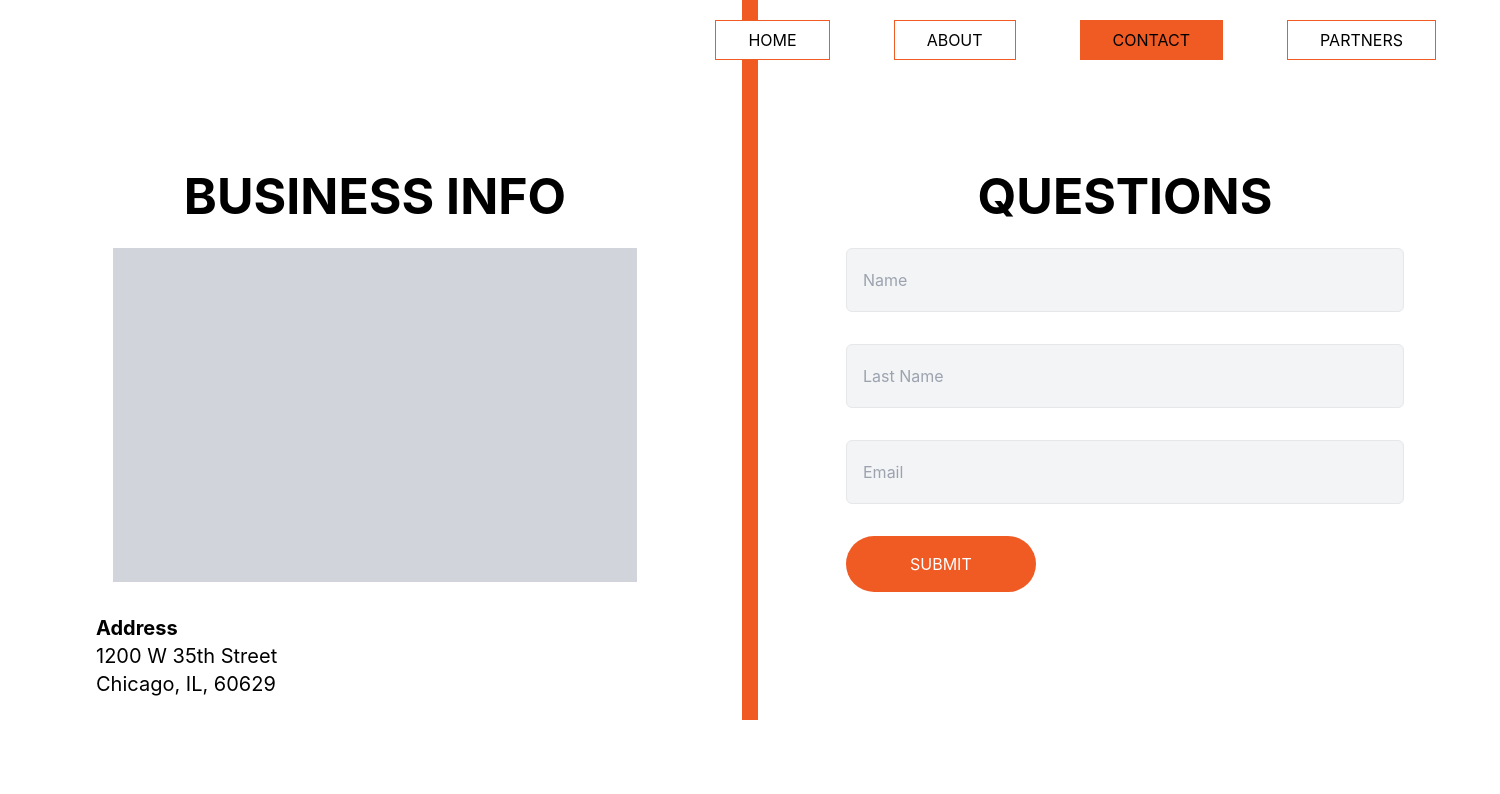
Repository: legenddev1202/whyclicktv
Page: /contact
These files come from the project's save history. The page is drawn as it stood at one moment and after the next save; the edit follows.
The browser window is 1280 px wide. The page is 1500 px wide, so the pictures cover 1500 px, including what lies to the right of the window. The pictures show the whole page.
The project was rebuilt for these pictures with package versions that can differ from the ones it lists, and the page was loaded fresh each time. Also part of the build but not shown: src/App.css, src/pages/home.js, src/pages/about.js, src/pages/partners.js, src/pages/referral.js.

Above is the page before, as saved 2022-03-31 14:35:44.

### public/index.html
<!DOCTYPE html>
<html lang="en">
  <head>
    <meta charset="utf-8" />
    <link rel="icon" href="%PUBLIC_URL%/favicon.ico" />
    <meta name="viewport" content="width=device-width, initial-scale=1" />
    <meta name="theme-color" content="#000000" />
    <meta name="description" content="why-click" />
    <link rel="apple-touch-icon" href="%PUBLIC_URL%/favicon.ico" />
    <!--
      manifest.json provides metadata used when your web app is installed on a
      user's mobile device or desktop. See https://developers.google.com/web/fundamentals/web-app-manifest/
    -->
    <link rel="manifest" href="%PUBLIC_URL%/manifest.json" />
    <!--
      Notice the use of %PUBLIC_URL% in the tags above.
      It will be replaced with the URL of the `public` folder during the build.
      Only files inside the `public` folder can be referenced from the HTML.

      Unlike "/favicon.ico" or "favicon.ico", "%PUBLIC_URL%/favicon.ico" will
      work correctly both with client-side routing and a non-root public URL.
      Learn how to configure a non-root public URL by running `npm run build`.
    -->
    <title>WhyClick.tv</title>
  </head>
  <body>
    <noscript>WhyClick.tv</noscript>
    <div id="root"></div>
    <!--
      This HTML file is a template.
      If you open it directly in the browser, you will see an empty page.

      You can add webfonts, meta tags, or analytics to this file.
      The build step will place the bundled scripts into the <body> tag.

      To begin the development, run `npm start` or `yarn start`.
      To create a production bundle, use `npm run build` or `yarn build`.
    -->
  </body>
</html>

### src/index.css
@tailwind base;
@tailwind components;
@tailwind utilities;

body {
  margin: 0;
  font-family: -apple-system, BlinkMacSystemFont, "Segoe UI", "Roboto", "Oxygen",
    "Ubuntu", "Cantarell", "Fira Sans", "Droid Sans", "Helvetica Neue",
    sans-serif;
  -webkit-font-smoothing: antialiased;
  -moz-osx-font-smoothing: grayscale;
  height: 100%;
  min-height: 700px;
  min-width: 1500px;
}

code {
  font-family: source-code-pro, Menlo, Monaco, Consolas, "Courier New",
    monospace;
}

### src/App.js
import { Routes, Route, Link } from "react-router-dom";
import "./App.css";
import Home from "./pages/home";
import About from "./pages/about";
import Contact from "./pages/contact";
import Partners from "./pages/partners";
import Referral from "./pages/referral";

function App() {
  return (
    <Routes>
      <Route path="/" element={<Home />} />
      <Route path="about" element={<About />} />
      <Route path="contact" element={<Contact />} />
      <Route path="partners" element={<Partners />} />
      <Route path="referrel" element={<Referral />} />
    </Routes>
  );
}

export default App;

### src/pages/contact.js
import React from "react";
import { Routes, Route, Link } from "react-router-dom";

function Contact() {
  return (
    <div className="relative h-full w-full" style={{ height: "100vh" }}>
      <div className="bg-transparent w-full h-20 flex items-center px-8 justify-between z-20 absolute">
        <div></div>
        <div className="bg-transparent">
          <button
            className="h-10 px-8 mx-8 border"
            style={{ borderColor: "#F05A23", backgroundColor: "white" }}
          >
            <Link to="/">HOME</Link>
          </button>
          <button
            className="h-10 px-8 mx-8 border"
            style={{ borderColor: "#F05A23", backgroundColor: "white" }}
          >
            <Link to="/about">ABOUT</Link>
          </button>
          <button
            className="h-10 px-8 mx-8 border"
            style={{ borderColor: "#F05A23", backgroundColor: "#F05A23" }}
          >
            <Link to="/contact">CONTACT</Link>
          </button>
          <button
            className="h-10 px-8 mx-8 border"
            style={{ borderColor: "#F05A23" }}
          >
            <Link to="/partners">PARTNERS</Link>
          </button>
        </div>
      </div>
      <div
        className="absolute w-4 h-full left-0 right-0 mx-auto z-10"
        style={{ backgroundColor: "#F05A23", height: "100vh" }}
      ></div>
      <div className="w-full mt-20 absolute p-12 flex">
        <div className="w-1/2 p-12 pr-24 flex flex-col items-center">
          <div className="text-4xl font-bold" style={{ fontSize: 50 }}>
            BUSINESS INFO
          </div>
          <div
            className="w-full h-72 bg-gray-300 mt-8"
            style={{ width: 524, height: 334 }}
          ></div>
          <div className="mt-8 self-start">
            <div className="text-xl font-bold">Address</div>
            <div className="text-xl">1200 W 35th Street </div>
            <div className="text-xl">Chicago, IL, 60629 </div>
          </div>
        </div>
        <div className="w-1/2 p-12 pl-24 flex flex-col items-center">
          <div className="text-4xl font-bold" style={{ fontSize: 50 }}>
            QUESTIONS
          </div>
          <div className="w-full mt-8">
            <input
              className="w-full rounded-md h-16 border px-4 bg-gray-100"
              placeholder="Name"
            ></input>
            <div className="w-full mt-8">
              <input
                className="w-full rounded-md h-16 border px-4 bg-gray-100"
                placeholder="Last Name"
              ></input>
            </div>

            <div className="w-full mt-8">
              <input
                className="w-full rounded-md h-16 border px-4 bg-gray-100"
                placeholder="Email"
              ></input>
            </div>
          </div>
          <div className="self-start mt-8">
            <button
              className="p-4 rounded-full px-16"
              style={{ backgroundColor: "#F05A23", color: "white" }}
            >
              SUBMIT
            </button>
          </div>
        </div>
      </div>
    </div>
  );
}

export default Contact;

Loaded but not shown: src/index.js (common file); src/reportWebVitals.js (common file); tailwind.config.js (common file)

After the next save:
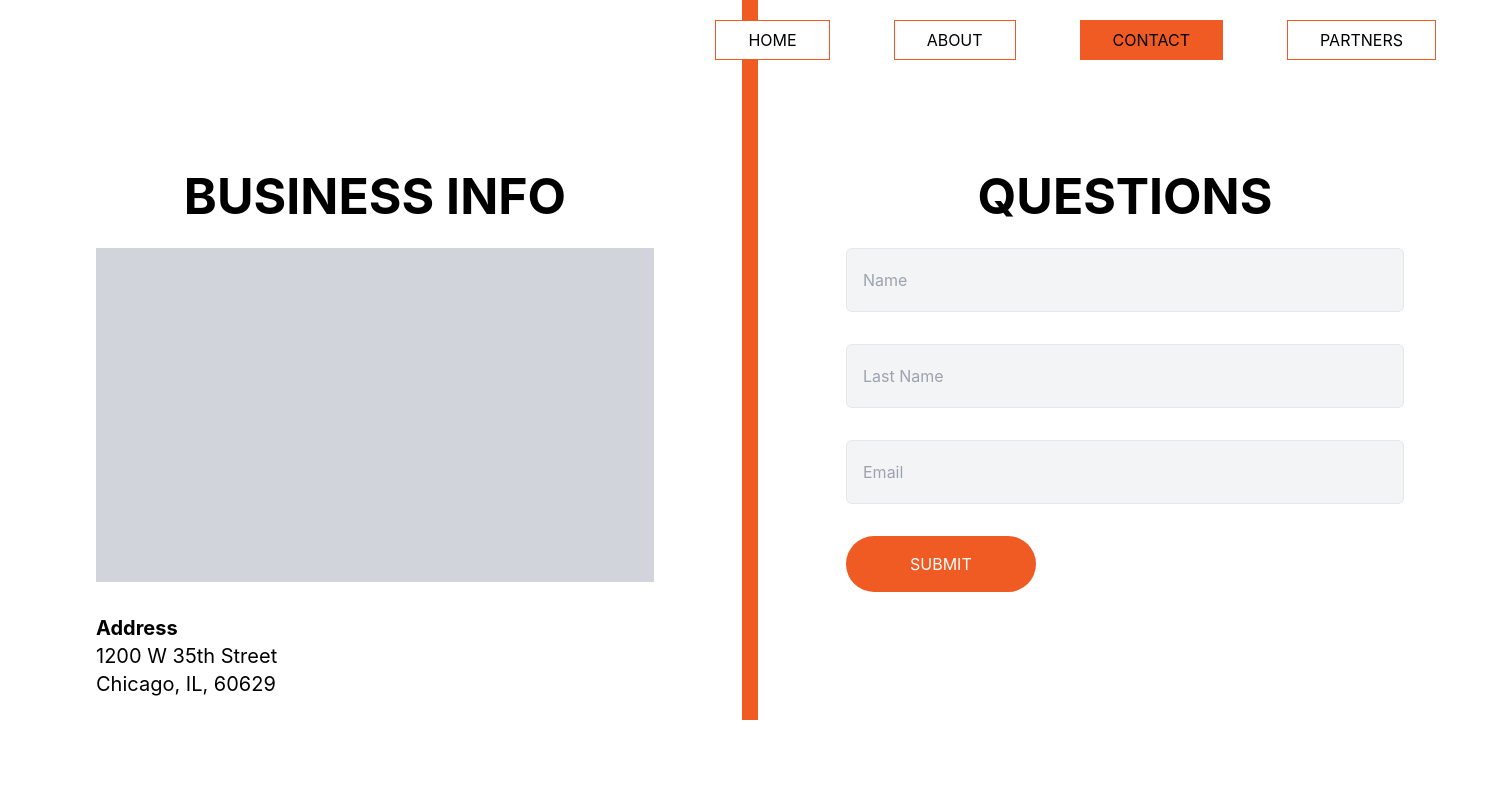
Saved 29 s later.
--- a/src/pages/contact.js
+++ b/src/pages/contact.js
@@ -44,7 +44,7 @@ function Contact() {
           </div>
           <div
             className="w-full h-72 bg-gray-300 mt-8"
-            style={{ width: 524, height: 334 }}
+            style={{ height: 334 }}
           ></div>
           <div className="mt-8 self-start">
             <div className="text-xl font-bold">Address</div>
